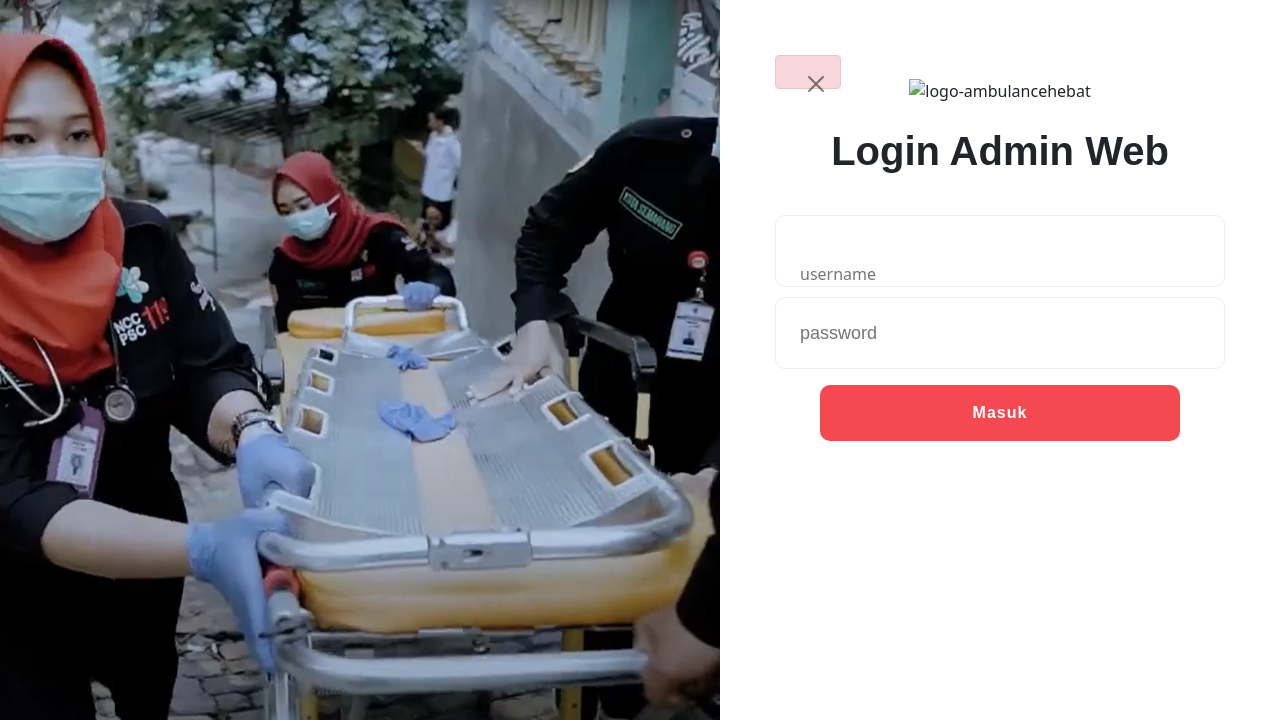
Repository: roningrum/admin-ambulance-hebat-web
Page: http://localhost/
The author's editor kept a copy of each file at every save. The page is drawn from the files as they stood at one save, then again after the next save.
The browser window is 1280 px wide. The pictures show the whole page.
Some web fonts or font styles are not loaded; a fallback is used. The page is served by the project's Laravel application, run on PHP 8.4 with Laravel 9.

Above is the page before, as saved 2022-07-04 11:49:26.

After the next save:
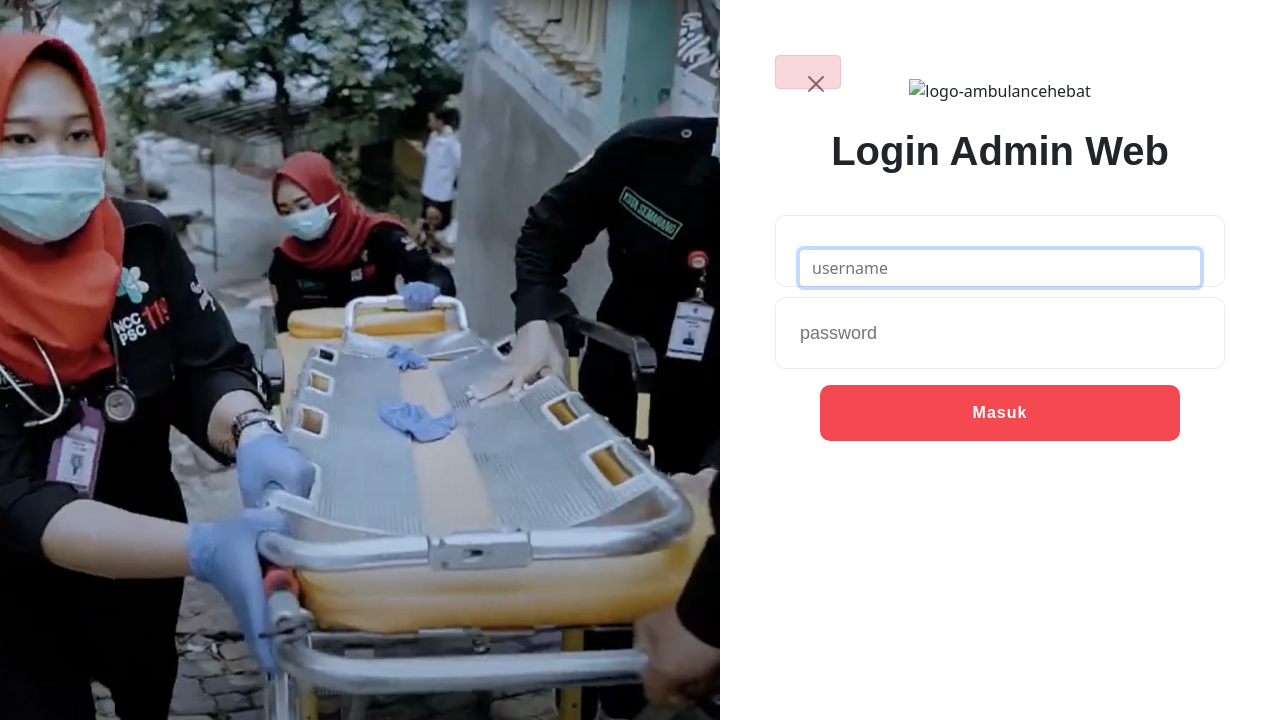
Saved 79 s later.
--- a/resources/views/login.blade.php
+++ b/resources/views/login.blade.php
@@ -45,7 +45,8 @@
                 <h1 class="login-form-title">Login Admin Web</h1>
                 @csrf
                 <div class="wrap-input">
-                    <input type="text" name="username" id="username" class="form-c" placeholder="username" autofocus required value="{{ old('username') }}">
+                    <input type="text" name="username" id="username" class="form-control @error('username') is-invalid
+                    @enderror" placeholder="username" autofocus required value="{{ old('username') }}"required autocomplete="username">
                 </div>
                 <div class="wrap-input">
                     <input type="password" name="password" id="password" class="input-form" placeholder="password" required>
